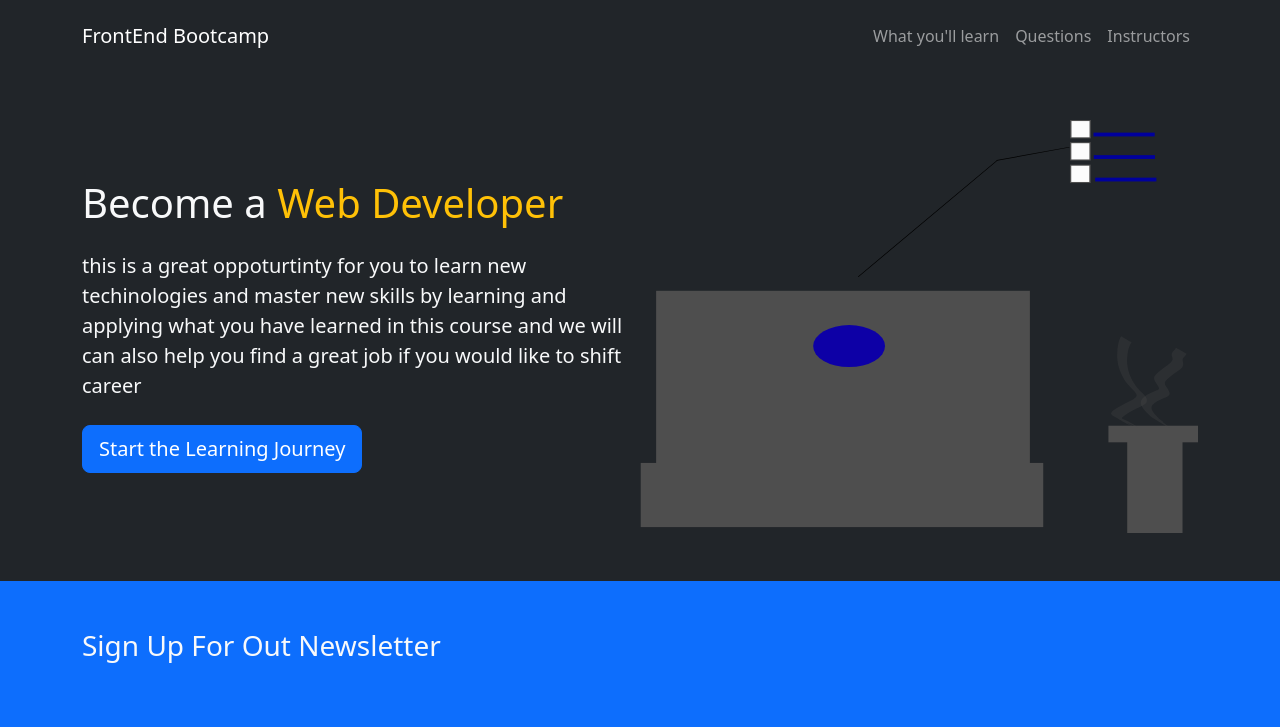
Repository: HaziimYassien/Front-End-BootCamp-__BootStrap-Project
Page: Front End BootCamp2/index.html
The author's editor kept a copy of each file at every save. The page is drawn from the files as they stood at one save, then again after the next save.
The browser window is 1280 px wide. The pictures show the whole page.

Above is the page before, as saved 2024-01-12 02:34:02.

### Front End BootCamp2/index.html
<!DOCTYPE html>
<html lang="en">
  <head>
    <meta charset="utf-8" />
    <meta name="viewport" content="width=device-width, initial-scale=1" />
    <title>Frontend Bootcamp</title>
    <link
      href="https://cdn.jsdelivr.net/npm/bootstrap@5.3.2/dist/css/bootstrap.min.css"
      rel="stylesheet"
      integrity="sha384-T3c6CoIi6uLrA9TneNEoa7RxnatzjcDSCmG1MXxSR1GAsXEV/Dwwykc2MPK8M2HN"
      crossorigin="anonymous"
    />
    <link rel="stylesheet" href="style.css" />
  </head>
  <body>
    <!-- START _NavigationBar -->
    <nav class="navbar navbar-expand-lg bg-dark navbar-dark py-3">
      <div class="container">
        <a href="#" class="navbar-brand">FrontEnd Bootcamp</a>
        <button
          class="navbar-toggler"
          type="button"
          data-bs-toggle="collapse"
          data-bs-target="#navmenu"
        >
          <span class="navbar-toggler-icon"></span>
        </button>
        <div class="collapse navbar-collapse" id="navmenu">
          <ul class="navbar-nav ms-auto">
            <li class="nav-item">
              <a href="#learn" class="nav-link">What you'll learn</a>
            </li>
            <li class="nav-item">
              <a href="#questions" class="nav-link">Questions</a>
            </li>
            <li class="nav-item">
              <a href="#instructors" class="nav-link">Instructors</a>
            </li>
          </ul>
        </div>
      </div>
    </nav>
    <!-- END _NavigationBar -->

    <!-- START _ShowCase -->
    <section class="bg-dark text-light p-5 text-center text-sm-start">
      <div class="container">
        <div class="d-sm-flex align-items-center justify-content-between">
          <div>
            <h1>Become a <span class="text-warning"> Web Developer</span></h1>
            <p class="lead my-4">
              this is a great oppoturtinty for you to learn new techinologies
              and master new skills by learning and applying what you have
              learned in this course and we will can also help you find a great
              job if you would like to shift career
            </p>
            <button class="btn btn-primary btn-lg">
              Start the Learning Journey
            </button>
          </div>
          <img
            class="img-fluid w-50 h-50 d-none d-sm-block"
            src="img/FirstImage_BootCampProject.svg"
            alt=""
          />
        </div>
      </div>
    </section>
    <!-- END _ShowCase -->

    <!-- START _NewsLetter -->
    <section class="bg-primary text-light p-5">
      <div class="container">
        <div class="d-md-flex justify-content-between align-items-center">
          <h3 class="mb-3 md-md-0">Sign Up For Out Newsletter</h3>
        </div>
      </div>
    </section>
    <script
      src="https://cdn.jsdelivr.net/npm/bootstrap@5.3.2/dist/js/bootstrap.bundle.min.js"
      integrity="sha384-C6RzsynM9kWDrMNeT87bh95OGNyZPhcTNXj1NW7RuBCsyN/o0jlpcV8Qyq46cDfL"
      crossorigin="anonymous"
    ></script>
  </body>
</html>

Loaded but not shown: Front End BootCamp2/style.css (no copy from this time; the picture is the same without it)

After the next save:
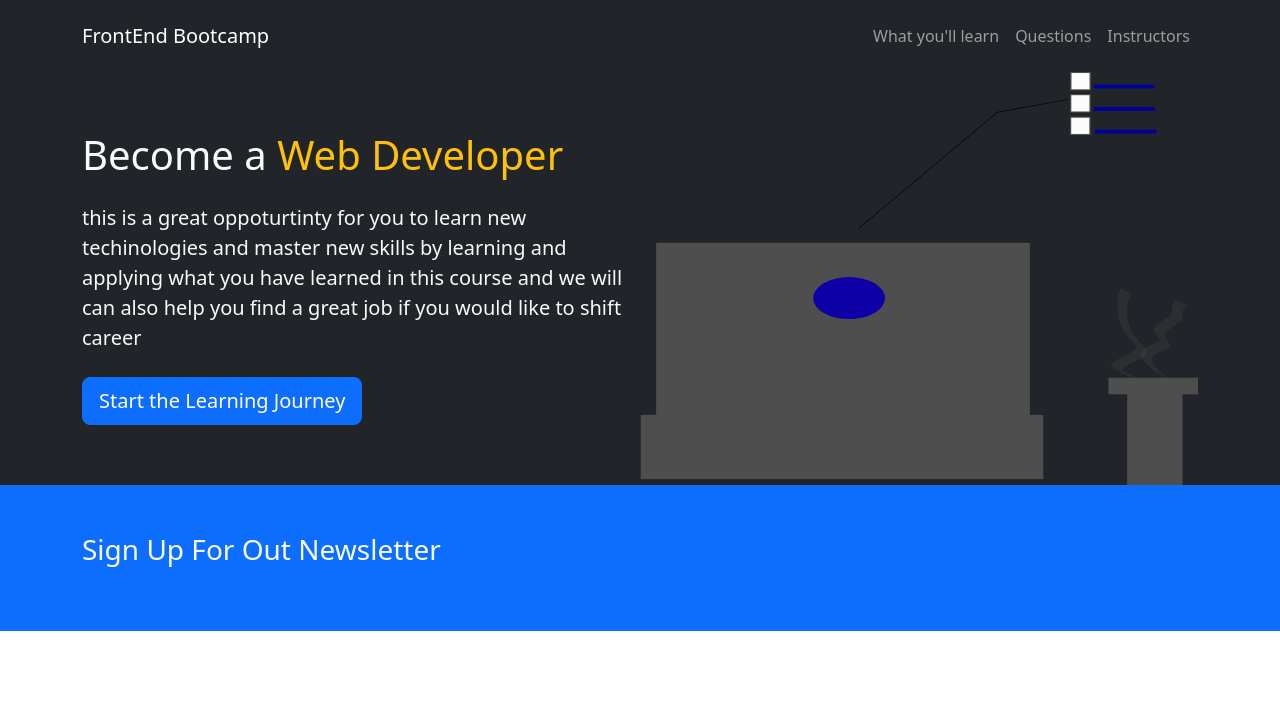
Saved 53 s later.
--- a/Front End BootCamp2/index.html
+++ b/Front End BootCamp2/index.html
@@ -43,7 +43,7 @@
     <!-- END _NavigationBar -->
 
     <!-- START _ShowCase -->
-    <section class="bg-dark text-light p-5 text-center text-sm-start">
+    <section class="bg-dark text-light p-5 p-lg-0 text-center text-sm-start">
       <div class="container">
         <div class="d-sm-flex align-items-center justify-content-between">
           <div>
